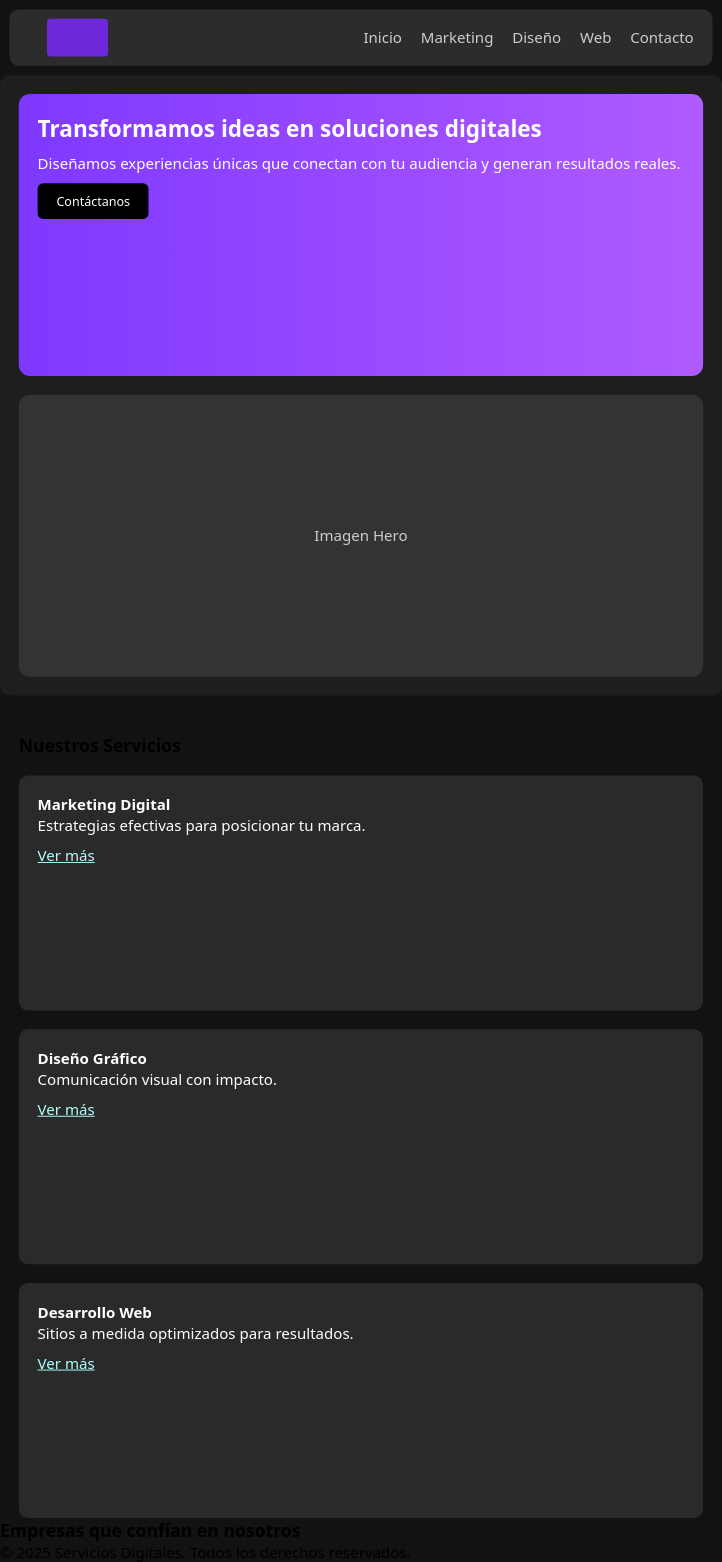
Repository: santinogarrone/TrabajoAgustin
Page: html/index.html
An editor plug-in stored every save of this project. The page is shown before and after the next save, followed by the edit.
The browser window is 768 px wide. The pictures show the whole page, at 94% of full size.

Above is the page before, as saved 2025-05-02 11:55:25.

### html/index.html
<!DOCTYPE html>
<html lang="en">
<head>
    <meta charset="UTF-8">
    <meta name="viewport" content="width=device-width, initial-scale=1.0">
    <link rel="stylesheet" href="../css/style.css">
    <title>Página de Agustin</title>
</head>
<body>

    <header>
        <nav class="nav-bar">
            <div class="cuadrado-violeta">

            </div>


            <ul class="nav-list">
                <li class="nav-item"><a href="">Inicio</a></li>
                <li class="nav-item"><a href="">Marketing</a></li>
                <li class="nav-item"><a href="">Diseño</a></li>
                <li class="nav-item"><a href="">Web</a></li>
                <li class="nav-item"><a href="">Contacto</a></li>
            </ul>

            <button class="menu-icon" aria-label="menu">
                <span class="menu-line"></span>
                <span class="menu-line"></span>
                <span class="menu-line"></span>
            </button>
        </nav>
    </header>
        <main>

            <section class="hero">
                <div class="hero-texto">
                  <h2>Transformamos ideas en soluciones digitales</h2>
                  <p>Diseñamos experiencias únicas que conectan con tu audiencia y generan resultados reales.</p>
                  <button>Contáctanos</button>
                </div>
                <div class="hero-img">
                  Imagen Hero
                </div>
              </section>

              <section class="servicios">
                <h3>Nuestros Servicios</h3>
                <div class="servicio-cards">
                  <div class="card">
                    <h4>Marketing Digital</h4>
                    <p>Estrategias efectivas para posicionar tu marca.</p>
                    <a href="#">Ver más</a>
                  </div>
                  <div class="card">
                    <h4>Diseño Gráfico</h4>
                    <p>Comunicación visual con impacto.</p>
                    <a href="#">Ver más</a>
                  </div>
                  <div class="card">
                    <h4>Desarrollo Web</h4>
                    <p>Sitios a medida optimizados para resultados.</p>
                    <a href="#">Ver más</a>
                  </div>
                </div>
              </section>

            <section class="empresas">
                <h3>Empresas que confían en nosotros</h3>
                <article class="logos">
                    <div class="logo"></div>
                    <div class="logo"></div>
                    <div class="logo"></div>
                    <div class="logo"></div>
                </article>

            </section>

        </main>

    <footer>
        <div class="ftr">
            <p>&copy; 2025 Servicios Digitales. Todos los derechos reservados.</p>
        </div>
    </footer>
</body>
</html>

### css/style.css
@import url(./global.css);

*{
    margin: 0;
    padding: 0;
    box-sizing: border-box;
    font-family: var(--font-family);
}


body{
    background-color: var(--fondo-color);
    height: 100%;
}

header{
    padding: 10px;
}
.cuadrado-violeta{
    display: block;
    width: 65px;
    height: 40px;
    background-color: var(--primary-color-original);
    border-radius: 4px;
    margin-left: 20px;
}


.nav-bar {
    display: flex;
    align-items: center;
    justify-content: space-between;
    background-color: #2c2c2c;
    padding: 10px 20px;
    border-radius: 10px;
    position: relative;
  }

  .menu-icon {
    display: none;
  }

  .menu-line {
    height: 4px;
    background-color: white;
    border-radius: 2px;
    width: 100%;
  }

  .nav-list {
    display: flex;
    gap: 20px;
    list-style: none;
    margin: 0;
    padding: 0;
  }

  .nav-item a {
    color: #ccc;
    text-decoration: none;
  }

  .hero {
    display: flex;
    gap: 20px;
    padding: 20px;
    background-color: #1e1e1e;
    border-radius: 10px;
    flex-wrap: wrap;
  }

  .hero-texto {
    background: linear-gradient(to right, #7f38ff, #b05bff);
    color: white;
    padding: 20px;
    border-radius: 12px;
    flex: 1 1 300px;
  }

  .hero-texto h2 {
    margin-bottom: 10px;
  }

  .hero-texto button {
    margin-top: 10px;
    padding: 10px 20px;
    background-color: black;
    color: white;
    border: none;
    border-radius: 6px;
    cursor: pointer;
  }

  .hero-img {
    background-color: #333;
    color: #ccc;
    display: flex;
    align-items: center;
    justify-content: center;
    border-radius: 12px;
    flex: 1 1 300px;
    min-height: 200px;
  }

  /* Servicios */
  .servicios {
    margin-top: 40px;
    padding: 0 20px;
  }

  .servicio-cards {
    display: flex;
    flex-wrap: wrap;
    gap: 20px;
    margin-top: 20px;
  }

  .card {
    background-color: #2a2a2a;
    color: white;
    padding: 20px;
    border-radius: 10px;
    flex: 1 1 250px;
  }

  .card a {
    color: #adfffb;
    text-decoration: underline;
    display: inline-block;
    margin-top: 10px;
  }

  /* Responsive */
  @media (max-width: 768px) {
    .hero {
      flex-direction: column;
    }

    .servicio-cards {
      flex-direction: column;
    }
  }

@media (375px >= width) {

    body{
        background-color: var(--fondo-color);
        height: 100%;
    }

    header{
        background-color: var(--superficie-dos);
        position: sticky;
        top: 0;
        margin: 0;
        border-radius: 0;
    }

    main{
        margin: 0px;
    }
    .explicacion{
        display: none;
    }

    .nav-list{
        display: none;
    }

    .img-hero{
        display: none;
    }
    .cuadrado-violeta{
        display: block;
        width: 65px;
        height: 40px;
        background-color: var(--primary-color-original);
        border-radius: 4px;
        margin-left: 20px;
    }

    .menu-icon{
        width: 30px;
        height: 30px;
        background: transparent;
        display: flex;
        flex-direction: column;
        gap: 4px;
        height: fit-content;
        border: none;
    }

    .menu-line{
        width: 100%;
        height: 4px;
        background-color: var(--texto-color);
        border: none;
        border-radius: 4px;

    }

    .nav-bar{
        display: flex;
        justify-content: space-between;
        align-items: center;
        padding: 5px 16px;
    }


    .main-contact{
        display: flex;
        padding: 24px;
        justify-content: center;
        align-items: center;
    }

    .contacto{
        display: block;
        padding: 34px;
        background: var(--primary-color-gradient);
        border-radius: 10px;
        color: var(--texto-color);
        height: auto;
        font-size: 12px;
    }

    .contacto .tit-contacto{
        text-align: center;
        align-items: center;
        font-weight: bold;
        margin-top: 30px;
    }

    .boton-contactar{
        display: block;
        margin: 0 auto;
        margin-bottom: 20px;
        margin-top: 12px;
        padding: 5px 20px;
        color: var(--primary-claro);
        background-color: var(--fondo-color);
        border-radius: 6px;
        cursor: pointer;
    }

    .servicios{
        display: flex;
        flex-direction: column;
        margin: 0 20px;
    }

    .servicios h3{
        color: var(--texto-color);
    }

    .card{
        margin-top: 5px;
        align-items: center;
        justify-content: center;
        background-color: var(--superficie-dos);
        border-radius: 8px;
        padding: 12px;
        margin-bottom: 15px;
    }

    .card h4{
        color: var(--texto-color);
    }

    .card p{
        color: var(--texto-secundario);
        padding-bottom: 20px;
    }

    .card a{
        display: inline-block;
        margin-bottom: 20px;
        color: var(--texto-color);
        cursor: pointer;
    }

    .empresas{
        display: flex;
        flex-direction: column;
        align-items: flex-start;
        margin-left: 20px;
    }

    .empresas h3{
        color: var(--texto-color);
        margin-bottom: 1rem;
    }

    .logos{
        margin-top: 5px;
        width: 335px;
        display: flex;
        justify-content: center;
        align-items : center;
        gap: 5px;
        background-color: var(--superficie-dos);
        border-radius: 8px;
        padding: 20px;
        margin-bottom: 10px;
    }

    .logo{
        width: 60px;
        height: 30px;
        background-color: #444444;
        border-radius: 5px;
    }

    .ftr{
        background-color: var(--superficie-dos);
        border-radius: 8px;
        text-align: center;
        margin: 15px 10px;
        padding: 16px;
        color: var(--texto-secundario);
    }
}

### css/global.css
:root{
    --primary-color-gradient : linear-gradient(135deg, #6D28D9, #8B5CF6);
    --primary-color-original : #6D28D9;
    --primary-claro : #8b5cf6;
    --secundary-color : #10b981;
    --acento-color : #f5930b;
    --fondo-color : #121212;
    --superficie-color : #1e1e1e;
    --superficie-dos : #2d2d2d;
    --texto-secundario : #A0A0A0;

    --texto-color : #fff;
    --font-family : 'system-ui'
}

After the next save:
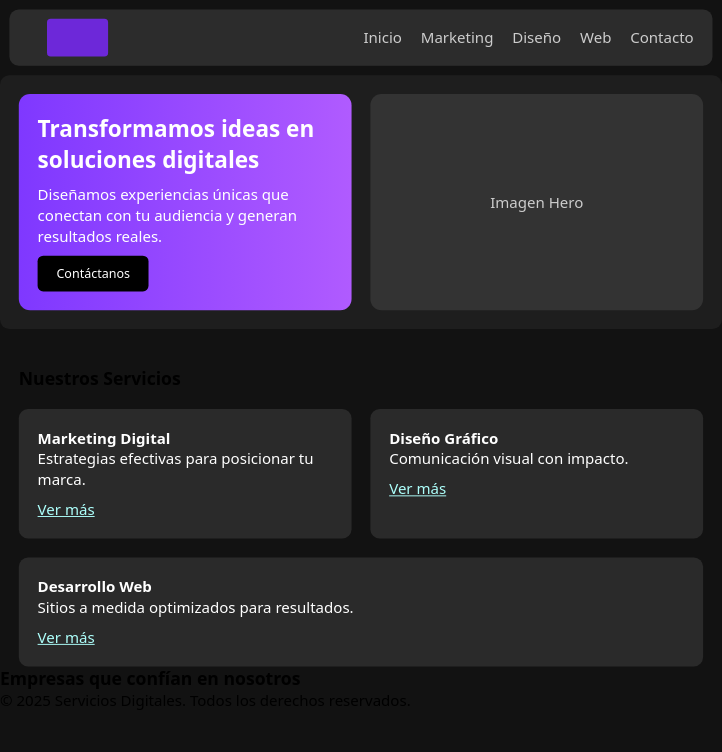
Saved 7 s later.
--- a/css/style.css
+++ b/css/style.css
@@ -128,17 +128,6 @@ header{
     text-decoration: underline;
     display: inline-block;
     margin-top: 10px;
-  }
-
-  /* Responsive */
-  @media (max-width: 768px) {
-    .hero {
-      flex-direction: column;
-    }
-
-    .servicio-cards {
-      flex-direction: column;
-    }
   }
 
 @media (375px >= width) {
